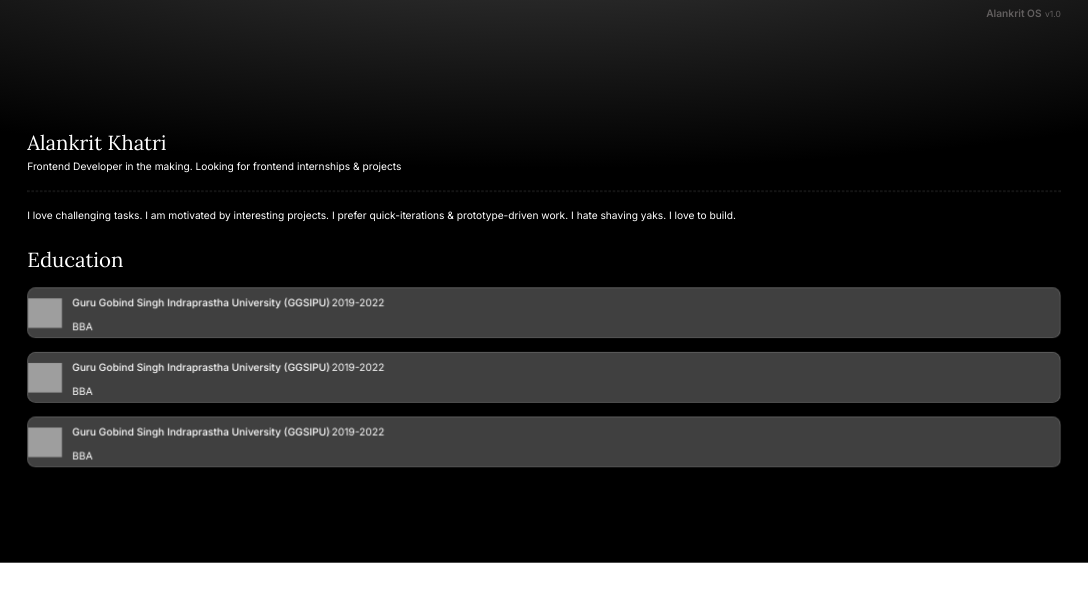
Repository: alankritkhatri/alankrit.xyz
Page: /
The author's editor kept a copy of each file at every save. The page is drawn from the files as they stood at one save, then again after a run of saves.
The browser window is 1280 px wide. The pictures show the whole page, at 85% of full size.
Pictures or frames that could not be fetched are drawn as grey boxes. The project was rebuilt for these pictures with package versions that can differ from the ones it lists, and the page was loaded fresh each time. Also part of the build but not shown: vite.config.js, src/blog.jsx.

Above is the page before, as saved 2024-08-11 20:20:37.

After the next 2 saves:
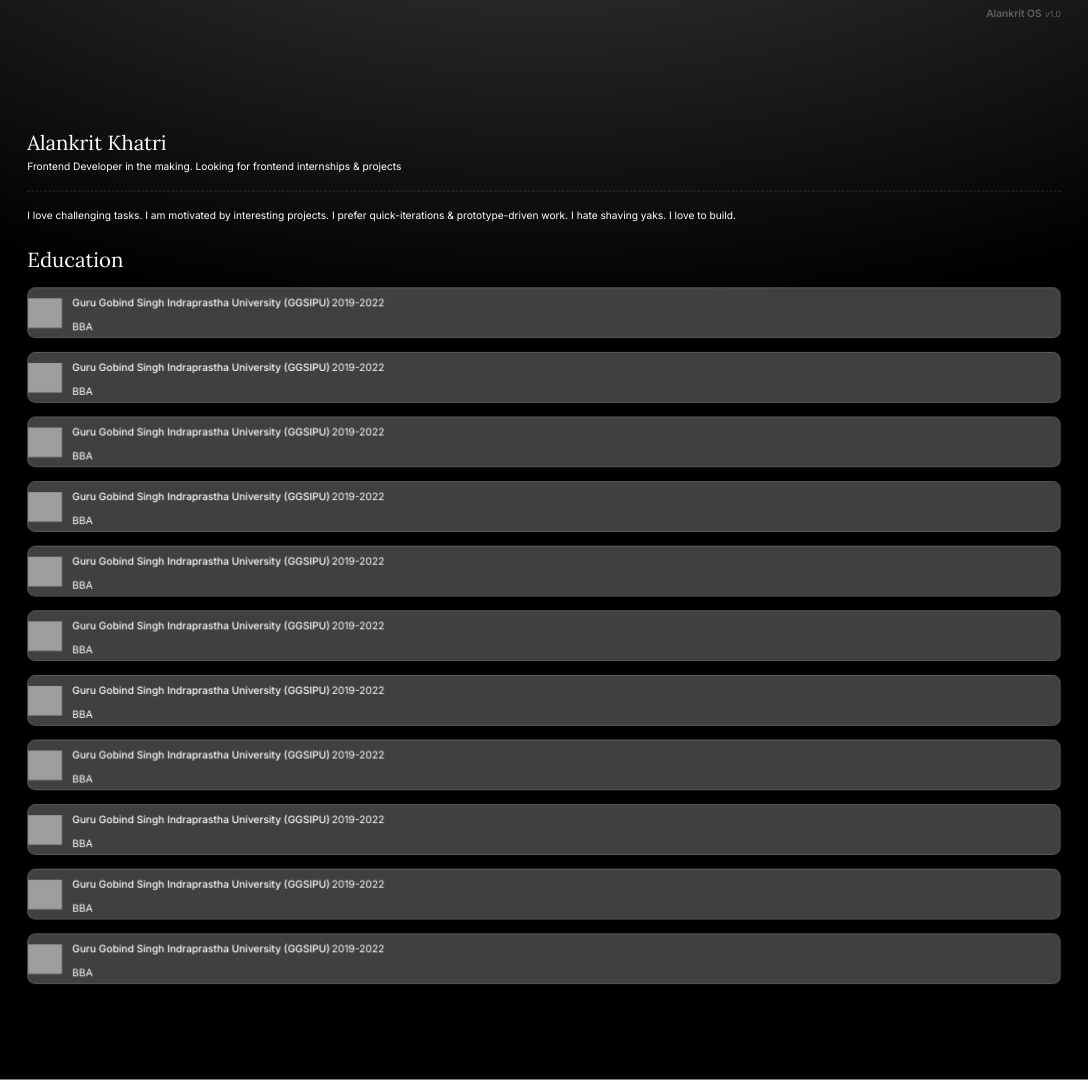
The 2 saves are shown as one change because they came seconds apart.
The last was saved 115 s later.
--- a/src/pages/Home/Home.jsx
+++ b/src/pages/Home/Home.jsx
@@ -34,6 +34,14 @@ const Home = () => {
         <Infosection {...data} />
         <Infosection {...data} />
         <Infosection {...data} />
+        <Infosection {...data} />
+        <Infosection {...data} />
+        <Infosection {...data} />
+        <Infosection {...data} />
+        <Infosection {...data} />
+        <Infosection {...data} />
+        <Infosection {...data} />
+        <Infosection {...data} />
         {console.log(data)}
       </div>
     </div>
